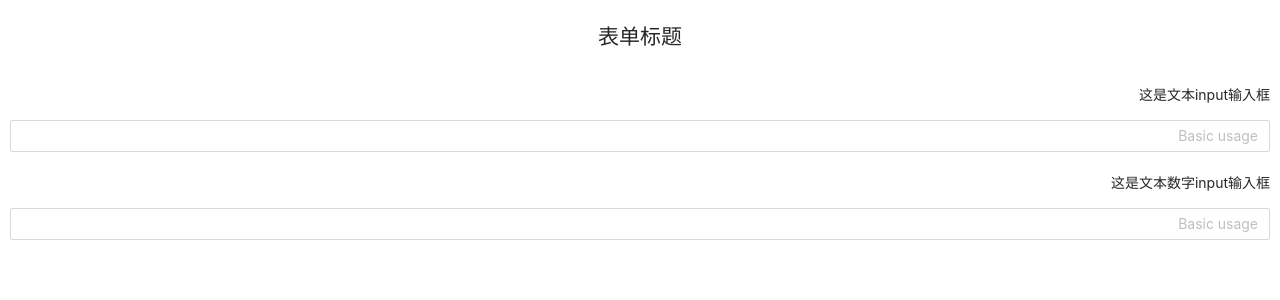
Repository: yangdi1993/form
Page: /
An editor plug-in stored every save of this project. The page is shown before and after the next save, followed by the edit.
The browser window is 1280 px wide. The pictures show the whole page.
The project was rebuilt for these pictures with package versions that can differ from the ones it lists, and the page was loaded fresh each time.

Above is the page before, as saved 2020-04-01 12:29:43.

### src/App.js
import React from 'react';
import './App.scss';
import {Input} from 'antd';
const App = () => (
  <div className="ar-App">
    <div className="form-head">
      <h2>表单标题</h2>
    </div>
    <div className="question-list">
      <div className="question-cell">
        <p className="input-title">这是文本input输入框</p>
        <Input placeholder="Basic usage" />
      </div>
      <div className="question-cell">
        <p className="numinput-title">这是文本数字input输入框</p>
        <Input placeholder="Basic usage" />
      </div>
    </div>
    <div className="form-submit">
    </div>
  </div>
);

export default App;

### src/App.scss
@import '~antd/dist/antd.css';
.App {
  text-align: left;
}
.ar-App {
  direction: rtl;
  unicode-bidi: isolate
}
.form-head{
  text-align: center;
  padding: 20px;
}
.question-list{
  padding: 0 10px;
  .question-cell{
    margin-bottom: 20px;
  }
  .input-title{

  }
}

Loaded but not shown: public/index.html (common file); src/index.js (common file); src/index.css (common file); src/serviceWorker.js (common file)

After the next save:
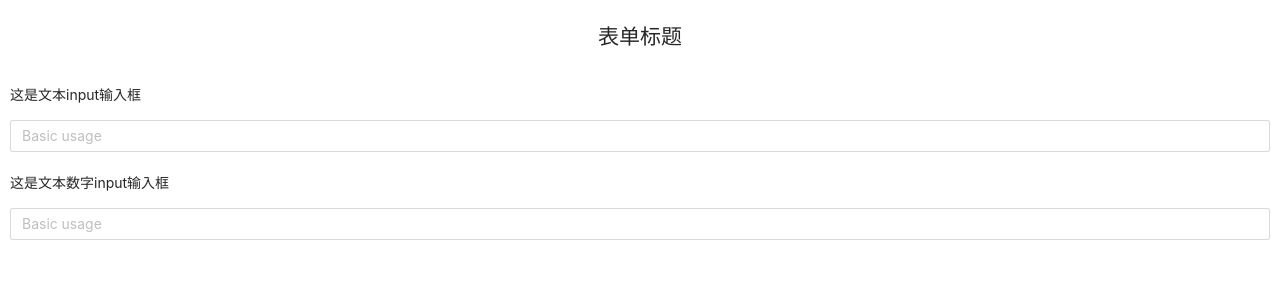
Saved 7 s later.
--- a/src/App.js
+++ b/src/App.js
@@ -2,7 +2,7 @@ import React from 'react';
 import './App.scss';
 import {Input} from 'antd';
 const App = () => (
-  <div className="ar-App">
+  <div className="App">
     <div className="form-head">
       <h2>表单标题</h2>
     </div>
